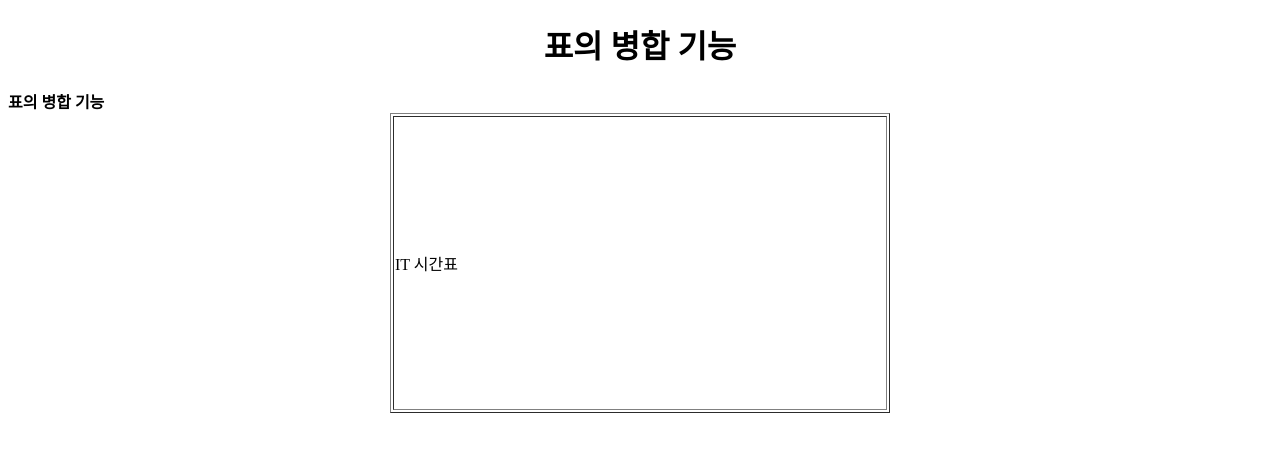
Repository: hui-Joo/html
Page: html/quiz.html
The author's editor kept a copy of each file at every save. The page is drawn from the files as they stood at one save, then again after the next save.
The browser window is 1280 px wide. The pictures show the whole page.

Above is the page before, as saved 2021-10-04 05:58:31.

### html/quiz.html
<!DOCTYPE html>
<html>
<head>
<meta charset="UTF-8">
<title>Insert title here</title>
</head>
<body>


<h1 align="center">표의 병합 기능</h1>

<table border="1" align="center" height="300" width="500">
	<captoin><b align="center">표의 병합 기능</b></captoin>
	<tr>
	<td colspan="5">IT 시간표</td>
	</tr>

</table>
</body>
</html>

After the next save:
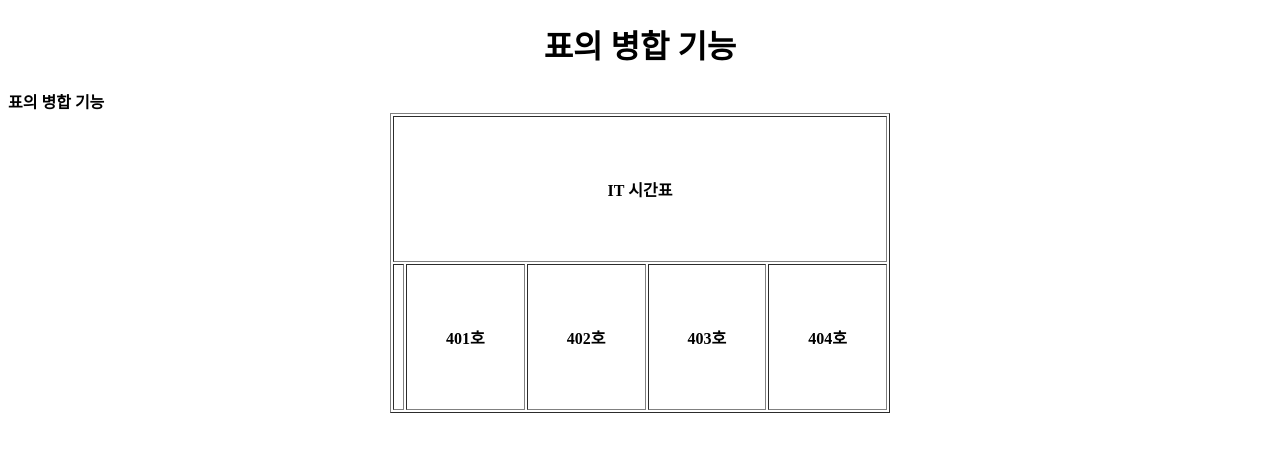
Saved 2 min 17 s later.
--- a/html/quiz.html
+++ b/html/quiz.html
@@ -12,8 +12,11 @@
 <table border="1" align="center" height="300" width="500">
 	<captoin><b align="center">표의 병합 기능</b></captoin>
 	<tr>
-	<td colspan="5">IT 시간표</td>
+	<th colspan="5">IT 시간표</th>
 	</tr>
+	<tr>
+	<th></th> <th>401호</th><th>402호</th><th>403호</th><th>404호</th>
+
 
 </table>
 </body>
